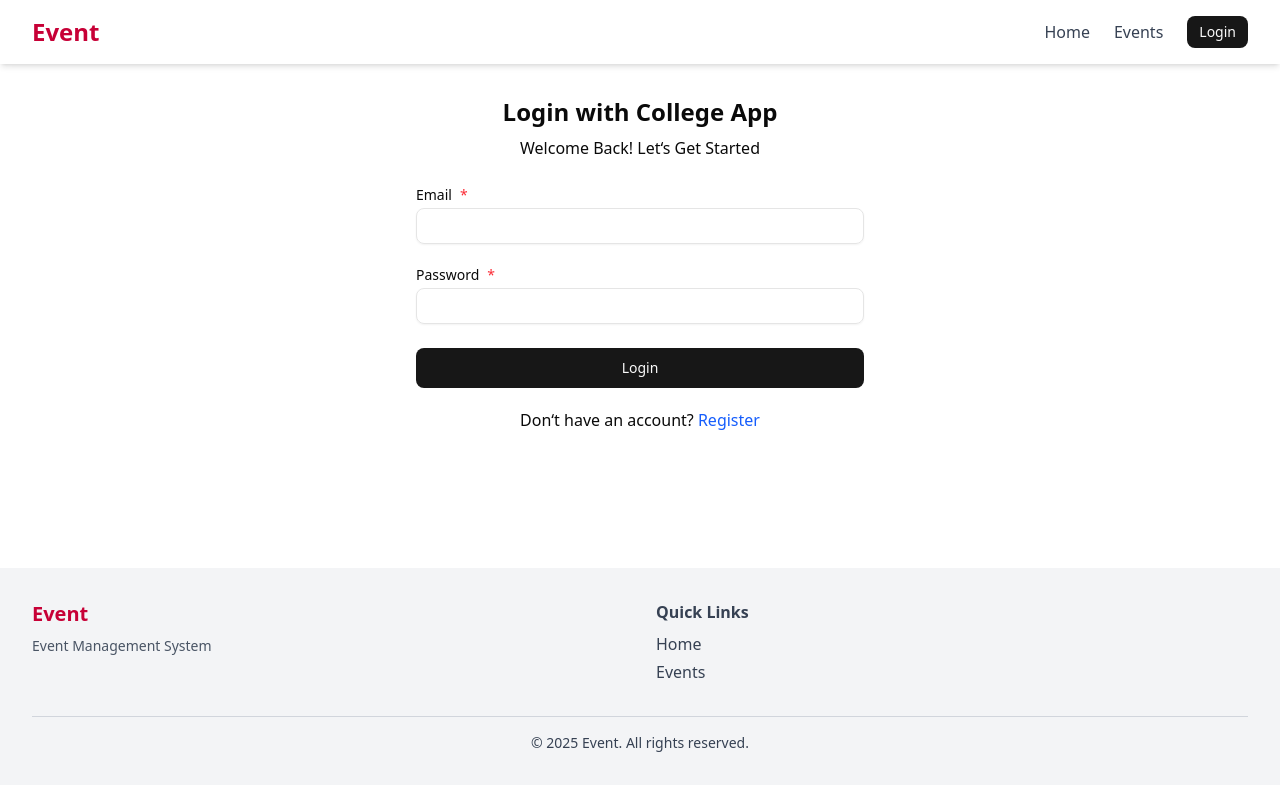
Repository: shshafin/event-client
Page: /login
An editor plug-in stored every save of this project. The page is shown before and after the next save, followed by the edit.
The browser window is 1280 px wide. The pictures show the whole page.
The page's requests for data from a server got no answer. The project was rebuilt for these pictures with package versions that can differ from the ones it lists, and the page was loaded fresh each time. The framework's server and built-in components were replaced by stand-ins that run in the browser. No one was signed in, and anything a server would have sent is missing. Also part of the build but not shown: next.config.ts, src/components/ui/dropdown-menu.tsx, src/components/ui/spinner.tsx.

Above is the page before, as saved 2025-10-30 15:03:05.

After the next save:
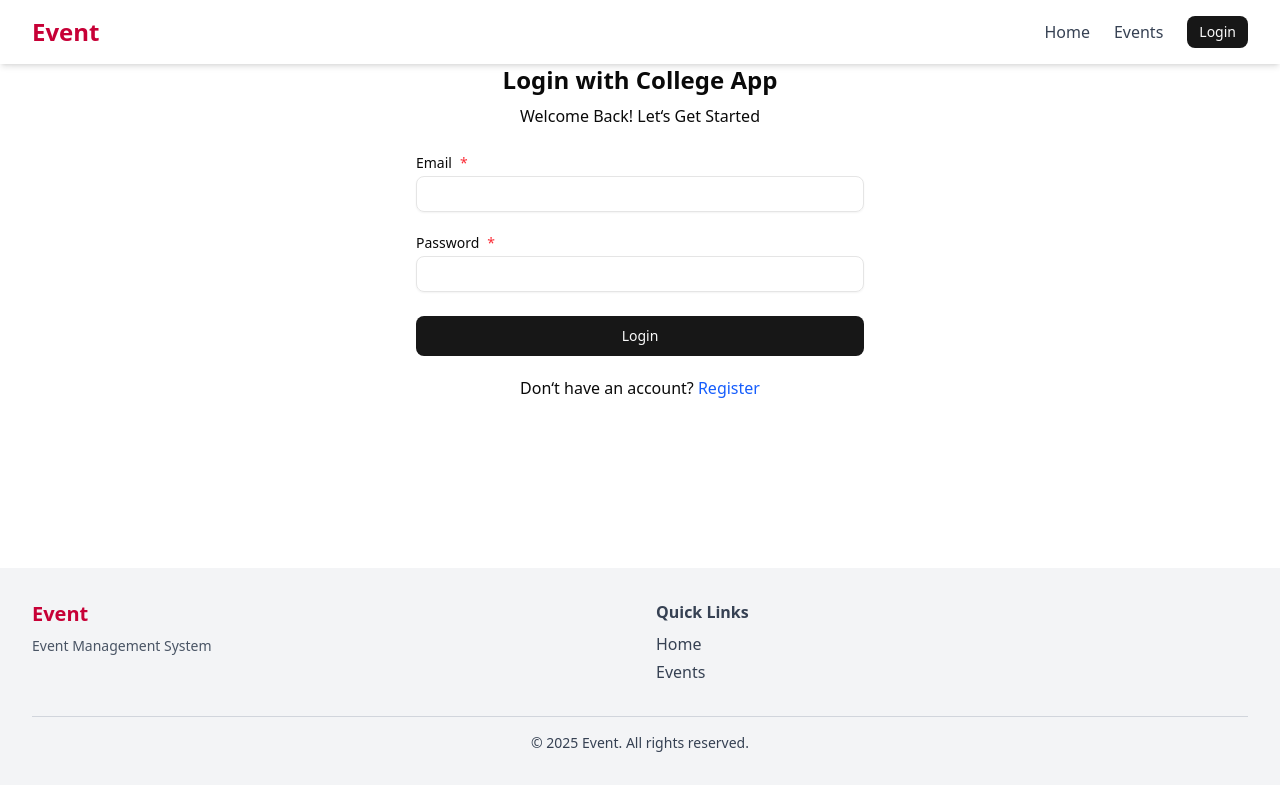
Saved 80 s later.
--- a/src/app/(withCommonLayout)/login/page.tsx
+++ b/src/app/(withCommonLayout)/login/page.tsx
@@ -10,10 +10,13 @@ import Link from "next/link";
 import { useRouter, useSearchParams } from "next/navigation";
 import { useEffect } from "react";
 import { FieldValues, SubmitHandler } from "react-hook-form";
+import { GoogleLogin } from "@react-oauth/google";
+import { axiosInstance } from "@/lib/AxiosInstance";
+import { toast } from "sonner";
 
 const LoginPage = () => {
   const router = useRouter();
-  const { setIsLoading: userLoading } = useUser();
+  const { setUser, setIsLoading: userLoading } = useUser();
   const searchParams = useSearchParams();
   const redirect = searchParams.get("redirect");
   const { mutate: handleUserLogin, isPending, isSuccess } = useUserLogin();
@@ -21,6 +24,26 @@ const LoginPage = () => {
   const onSubmit: SubmitHandler<FieldValues> = async (data) => {
     userLoading(true);
     handleUserLogin(data);
+  };
+
+  const handleGoogleLoginSuccess = async (credentialResponse: any) => {
+    try {
+      userLoading(true);
+      const token = credentialResponse.credential;
+      const { data } = await axiosInstance.post("/auth/google-login", {
+        token,
+      });
+
+      if (data?.success) {
+        setUser(data.data.user);
+        toast.success("Login successful!");
+        router.push((redirect as string) || "/");
+      }
+    } catch (err: any) {
+      toast.error(err.message || "Google login failed");
+    } finally {
+      userLoading(false);
+    }
   };
 
   useEffect(() => {
@@ -70,6 +93,13 @@ const LoginPage = () => {
               Register
             </Link>
           </div>
+
+          <div className="text-center mt-6">
+            <GoogleLogin
+              onSuccess={handleGoogleLoginSuccess}
+              onError={() => toast.error("Google login failed")}
+            />
+          </div>
         </div>
       </div>
     </>
